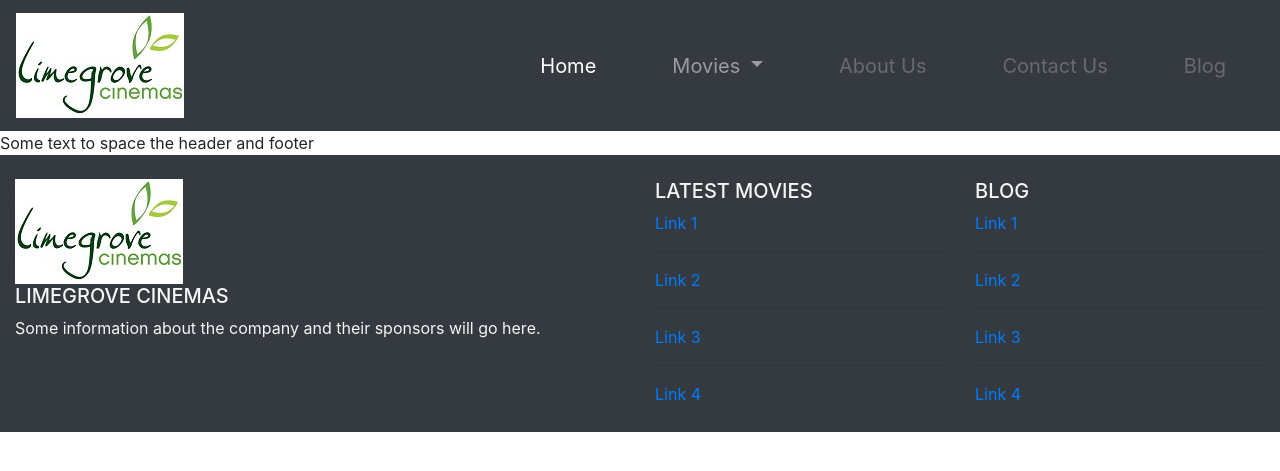
Repository: SimplyZacc/movie-web-template
Page: http://localhost/
The author's editor kept a copy of each file at every save. The page is drawn from the files as they stood at one save, then again after the next save.
The browser window is 1280 px wide. The pictures show the whole page.
The page is run by PHP 8.4 with error messages shown; the project is at /var/www/html/.

Above is the page before, as saved 2020-03-26 09:26:02.

After the next save:
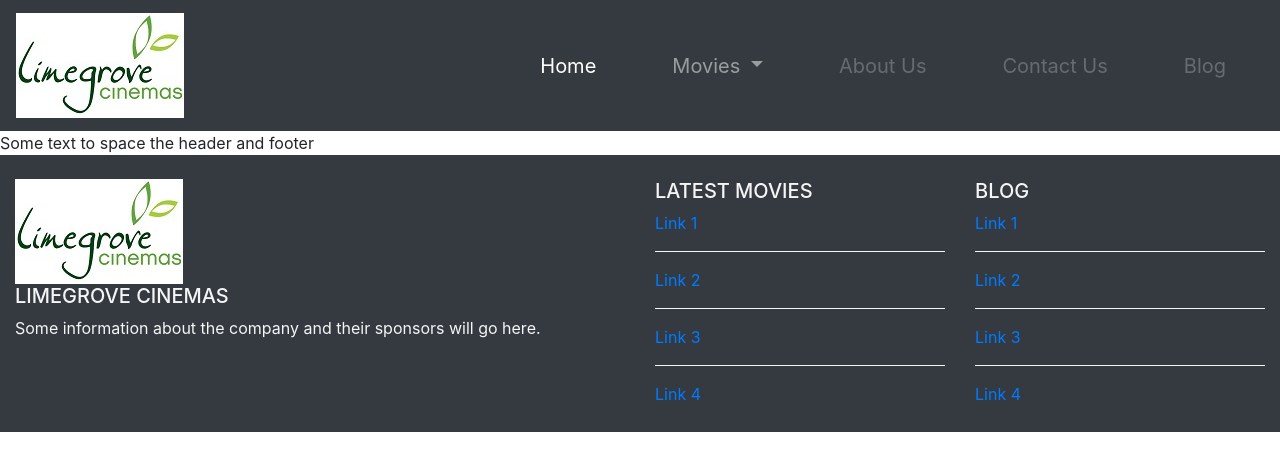
Saved 15 s later.
--- a/assets/css/styles.css
+++ b/assets/css/styles.css
@@ -1,5 +1,9 @@
+hr{
+    border-color: whitesmoke;
+}
+
 .navbar-nav > li{
     padding-left:30px;
     padding-right:30px;
     font-size: 20px;
-  }
+}

After the save that followed:
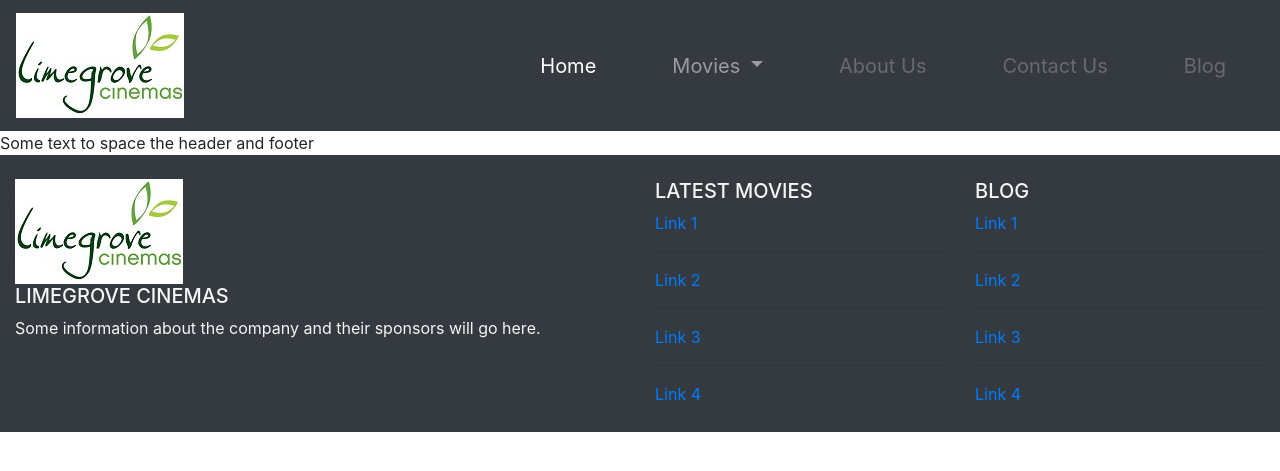
Saved 37 s later.
--- a/assets/css/styles.css
+++ b/assets/css/styles.css
@@ -1,4 +1,4 @@
-hr{
+.hr{
     border-color: whitesmoke;
 }
 
